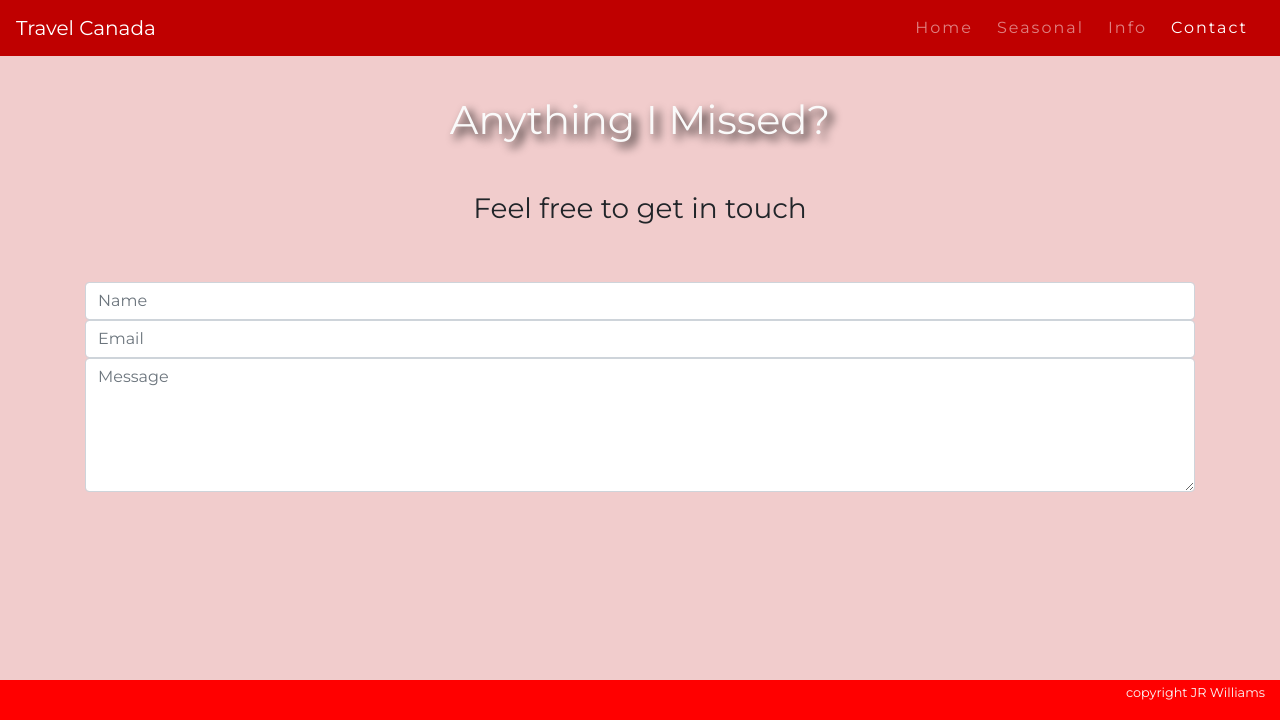
Repository: JonWil91/Travel-Canada
Page: contact.html
The author's editor kept a record of every edit. The page is drawn from the files as they stood at one moment, then again after the next edit.
The browser window is 1280 px wide. The pictures show the whole page.
Some web libraries are served in a nearby version.

Above is the page before.

After the next edit:
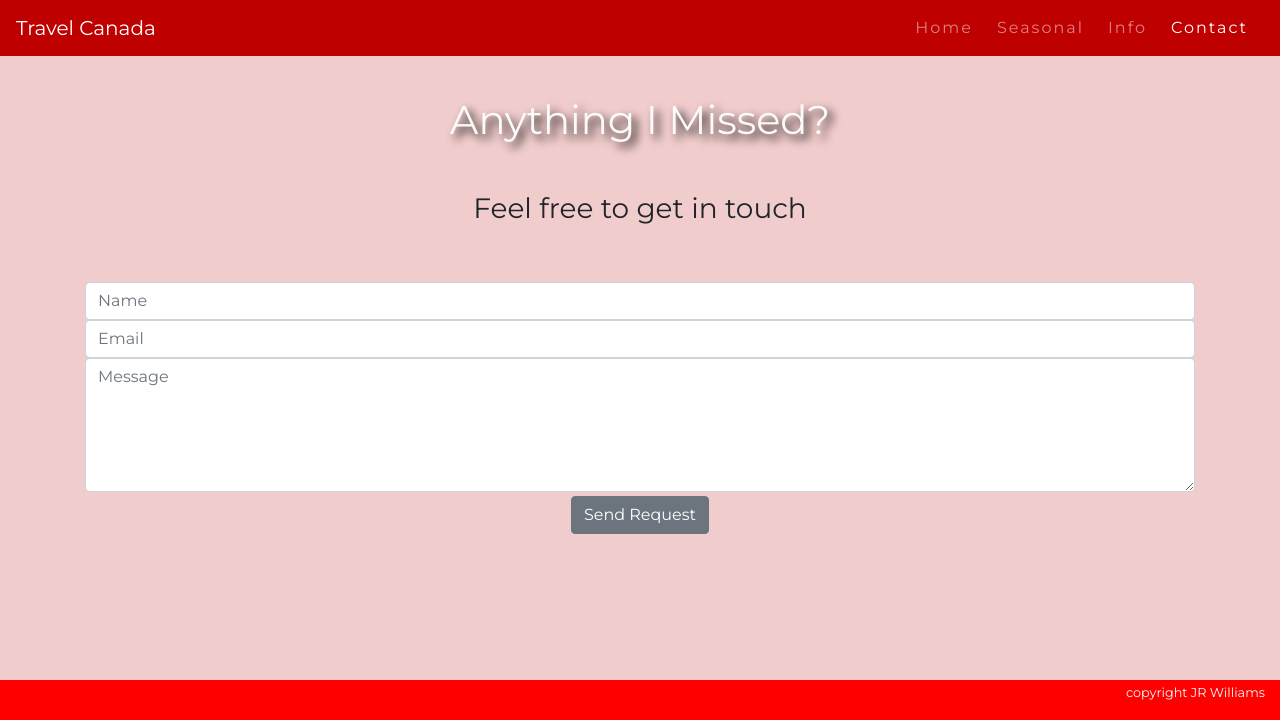
The edit:
--- a/contact.html
+++ b/contact.html
@@ -57,6 +57,11 @@
                             <input type="text" name="name" id="fullname" class="form-control" placeholder="Name" required />
                             <input type="email" name="email" id="emailaddress" class="form-control" placeholder="Email" required />
                             <textarea rows="5" name="message" id="message" class="form-control" placeholder="Message" required></textarea>
+                            <div class="form-row text-center">
+                                <div class="col my-1">
+                                    <button type="submit" class="btn btn-secondary">Send Request</button>
+                                </div>
+                            </div>
                         </form>
                     </div>
                 </div>
